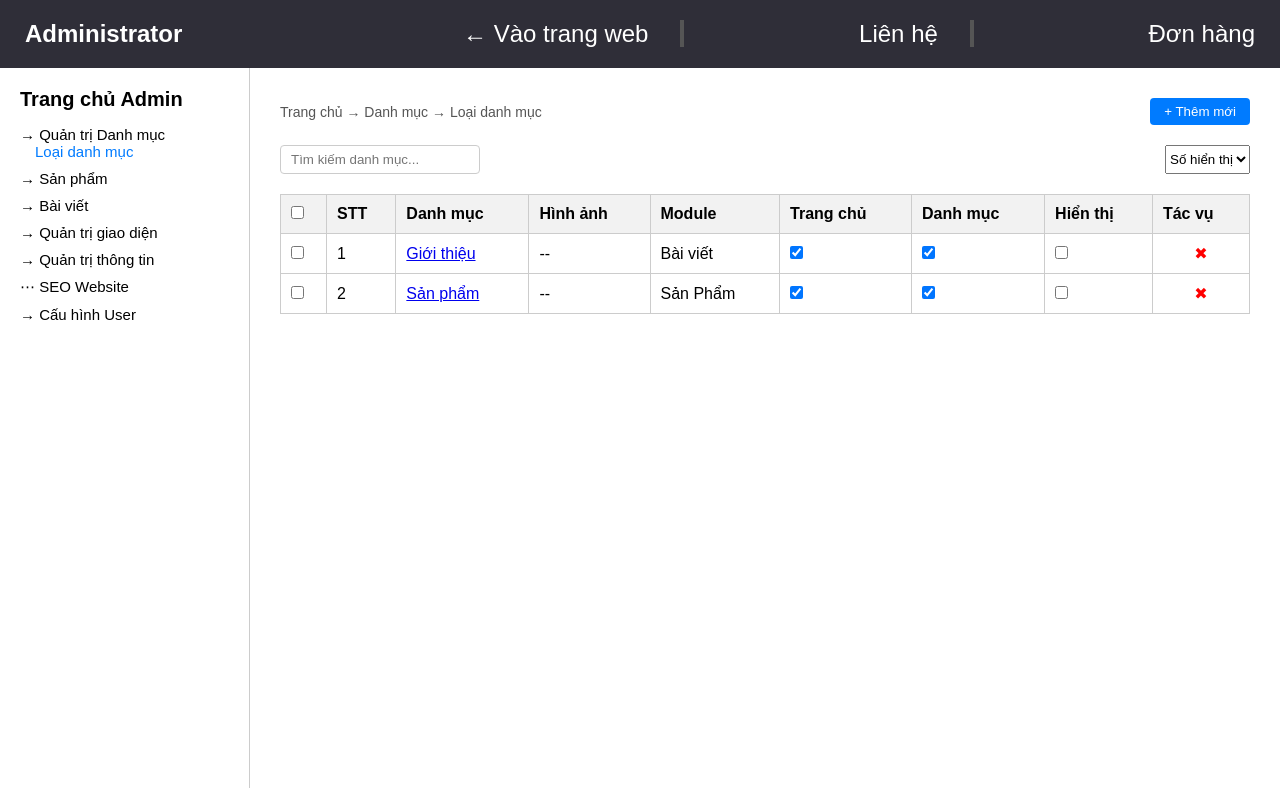
Repository: TranTanDat0606/Du-An-1
Page: Admin]/admin.html
The author's editor kept a copy of each file at every save. The page is drawn from the files as they stood at one save, then again after the next save.
The browser window is 1280 px wide. The pictures show the whole page.

Above is the page before, as saved 2025-07-30 14:50:13.

### Admin]/admin.html
<!DOCTYPE html>
<html lang="vi">
<head>
    <meta charset="UTF-8" />
    <meta name="viewport" content="width=device-width, initial-scale=1.0"/>
    <title>Quản lý danh mục</title>
    <link rel="stylesheet" href="admin.css" />
</head>
<body>
    <header class="topbar">
    <div class="topbar-left">Administrator</div>
    <div class="topbar-right">
    <a href="#">← Vào trang web</a>
    <a href="#">Liên hệ</a>
    <a href="#">Đơn hàng</a></div>
</header>
    <div class="admin-container">
    <aside class="sidebar">
    <h2>Trang chủ Admin</h2>
    <ul>
        <li>→ Quản trị Danh mục
    <ul class="submenu">
            <li><a href="#">Loại danh mục</a></li>
    </ul>
        </li>
        <li>→ Sản phẩm</li>
        <li>→ Bài viết</li>
        <li>→ Quản trị giao diện</li>
        <li>→ Quản trị thông tin</li>
        <li>⋯ SEO Website</li>
        <li>→ Cấu hình User</li>
    </ul>
    </aside>
    <main class="main-content">
    <div class="header-bar">
        <span class="breadcrumbs">Trang chủ → Danh mục → Loại danh mục</span>
        <button class="btn-new">+ Thêm mới</button>
    </div>

    <div class="table-toolbar">
        <input type="text" class="search-input" placeholder="Tìm kiếm danh mục..." />
        <select>
    <option>Số hiển thị</option>
        </select>
    </div>
    <table>
        <thead>
    <tr>
            <th><input type="checkbox" /></th>
            <th>STT</th>
            <th>Danh mục</th>
            <th>Hình ảnh</th>
            <th>Module</th>
            <th>Trang chủ</th>
            <th>Danh mục</th>
            <th>Hiển thị</th>
            <th>Tác vụ</th>
    </tr>
        </thead>
        <tbody>
    <tr>
            <td><input type="checkbox" /></td>
            <td>1</td>
            <td><a href="#">Giới thiệu</a></td>
            <td>--</td>
            <td>Bài viết</td>
            <td><input type="checkbox" checked /></td>
            <td><input type="checkbox" checked /></td>
            <td><input type="checkbox" /></td>
            <td class="text-danger">✖</td>
    </tr>
    <tr>
            <td><input type="checkbox" /></td>
            <td>2</td>
            <td><a href="#">Sản phẩm</a></td>
            <td>--</td>
            <td>Sản Phẩm</td>
            <td><input type="checkbox" checked /></td>
            <td><input type="checkbox" checked /></td>
            <td><input type="checkbox" /></td>
            <td class="text-danger">✖</td>
    </tr>
        </tbody>
    </table>
    </main>
    </div>
</body>
</html>

### Admin]/admin.css
* {
    margin: 0;
    padding: 0;
    box-sizing: border-box;
    font-family: sans-serif;
}
/* header */
/* Topbar admin */
.topbar {
    background-color: #2f2e38;
    color: white;
    display: flex;
    justify-content: space-between;
    align-items: center;
    padding: 20px 25px;
    font-size: 24px;
}

.topbar-left {
    font-weight: bold;
}

.topbar-right a {
    color: white;
    text-decoration: none;
    margin-left: 25px;
    border-left: 4px solid #555;
    padding-left: 175px;
}

.topbar-right a:first-child {
    border-left: none;
    padding-left: 0;
}
body {
    background: #f5f5f5;
}

.admin-container {
    display: flex;
    height: 100vh;
}

/* Sidebar */
.sidebar {
    width: 250px;
    background: #fff;
    border-right: 1px solid #ccc;
    padding: 20px;
}

.sidebar h2 {
    margin-bottom: 15px;
    font-size: 20px;
}

.sidebar ul {
    list-style: none;
}

.sidebar li {
    margin-bottom: 10px;
    font-size: 15px;
}

.sidebar .submenu {
    margin-left: 15px;
}

.sidebar a {
    color: #007bff;
    text-decoration: none;
}

/* Main Content */
.main-content {
    flex: 1;
    padding: 30px;
    background: #fff;
}

.header-bar {
    display: flex;
    justify-content: space-between;
    align-items: center;
}

.breadcrumbs {
    color: #555;
    font-size: 14px;
}

.btn-new {
    background: #007bff;
    color: #fff;
    border: none;
    padding: 6px 14px;
    border-radius: 4px;
    cursor: pointer;
}

.table-toolbar {
    margin: 20px 0;
    display: flex;
    justify-content: space-between;
}

.search-input {
    padding: 6px 10px;
    width: 200px;
    border: 1px solid #ccc;
    border-radius: 4px;
}

table {
    width: 100%;
    border-collapse: collapse;
    background: #fff;
}

table th,
table td {
    border: 1px solid #ccc;
    padding: 10px;
    text-align: left;
}

table th {
    background: #f2f2f2;
}

.text-danger {
    color: red;
    text-align: center;
}

After the next save:
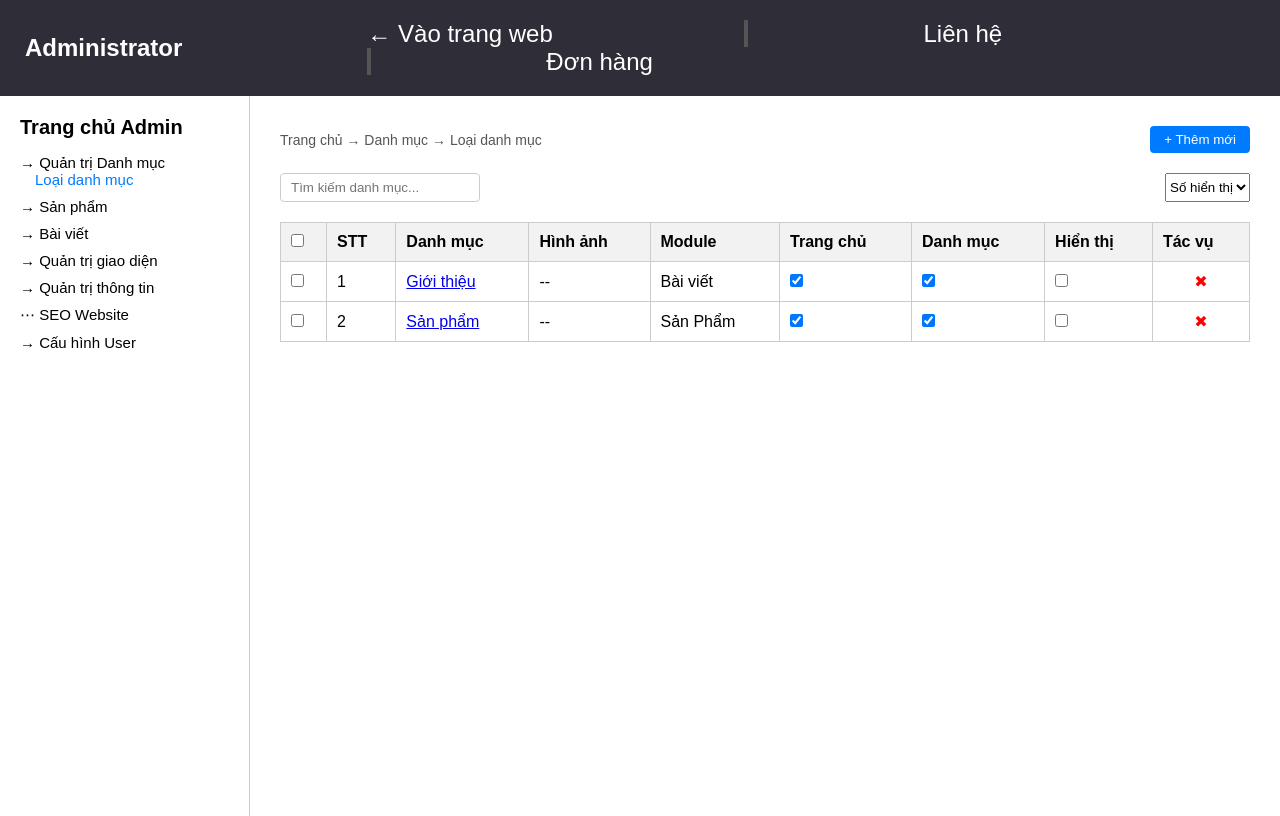
Saved 7 s later.
--- a/Admin]/admin.css
+++ b/Admin]/admin.css
@@ -23,7 +23,7 @@
 .topbar-right a {
     color: white;
     text-decoration: none;
-    margin-left: 25px;
+    margin-left: 185px;
     border-left: 4px solid #555;
     padding-left: 175px;
 }
